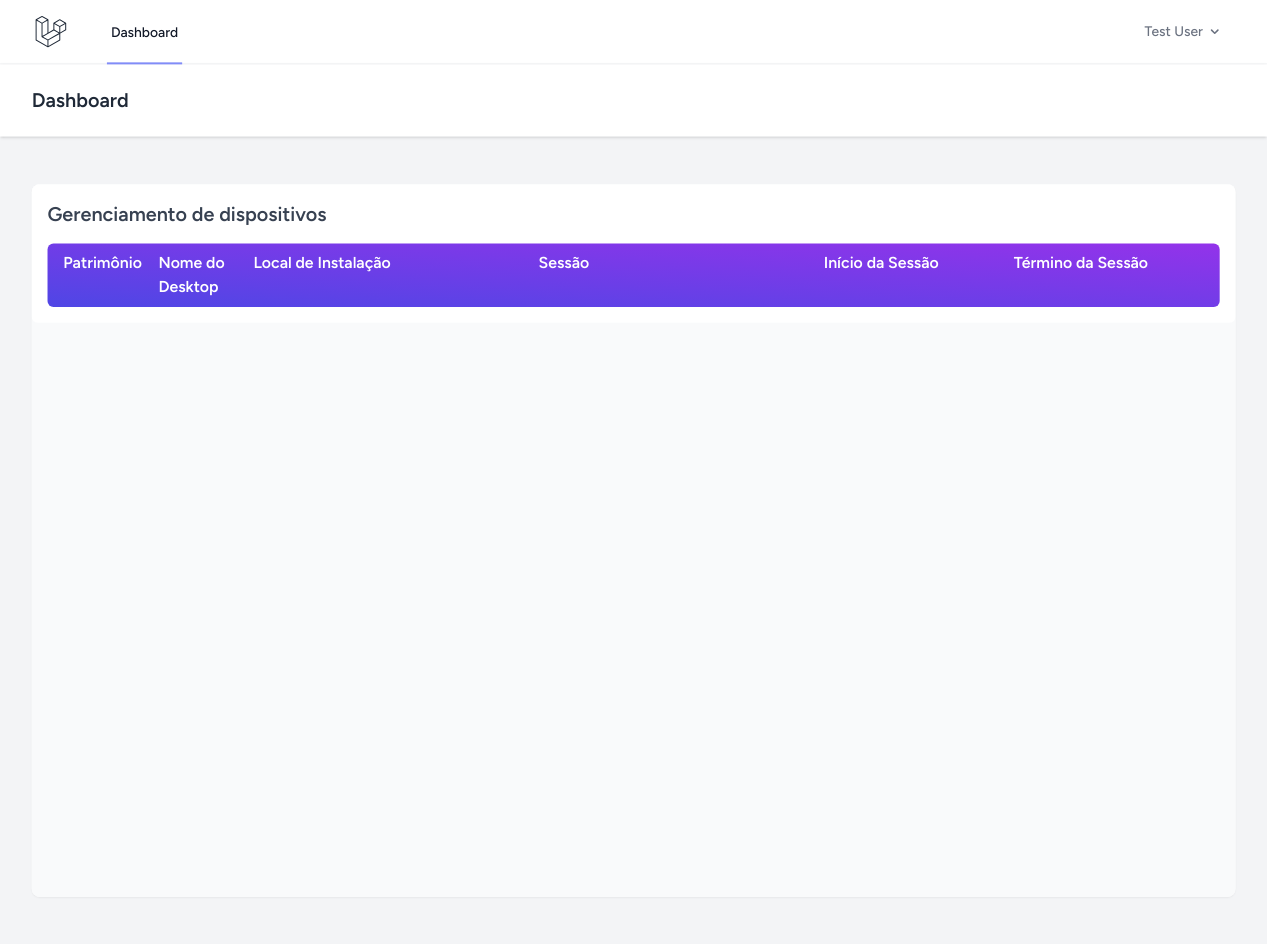
Repository: CrisMorgantee/device-logs
Page: http://localhost/dashboard
These files come from the project's save history. The page is drawn as it stood at one moment and after the next save; the edit follows.
The browser window is 1280 px wide. The pictures show the whole page, at 99% of full size.
The page is served by the project's Laravel application, run on PHP 8.4 with Laravel 10. A made-up administrator, Test User (test@example.com), is signed in. Other server files are loaded and not shown. Style sheets and scripts are compiled from the project's sources, by tool versions that may differ from the author's. Queries for data that is not in the repository find no rows.

Above is the page before, as saved 2023-04-14 22:58:02.

### routes/web.php
<?php

use App\Http\Controllers\ProfileController;
use App\Http\Controllers\DeviceLogsController;
use Illuminate\Support\Facades\Route;

/*
|--------------------------------------------------------------------------
| Web Routes
|--------------------------------------------------------------------------
|
| Here is where you can register web routes for your application. These
| routes are loaded by the RouteServiceProvider and all of them will
| be assigned to the "web" middleware group. Make something great!
|
*/

Route::get('/', function () {
    return view('auth.login');
});

Route::get('/dashboard', [DeviceLogsController::class, 'index'])->middleware(['auth', 'verified'])->name('dashboard');

Route::middleware('auth')->group(function () {
    Route::get('/profile', [ProfileController::class, 'edit'])->name('profile.edit');
    Route::patch('/profile', [ProfileController::class, 'update'])->name('profile.update');
    Route::delete('/profile', [ProfileController::class, 'destroy'])->name('profile.destroy');
});

require __DIR__.'/auth.php';

### app/Http/Controllers/DeviceLogsController.php
<?php

namespace App\Http\Controllers;

use App\Models\DeviceLogs;
use Illuminate\Http\Request;

class DeviceLogsController extends Controller
{
    /**
     * Display a listing of the resource.
     */
    public function index()
    {
        $logs = DeviceLogs::all();

        return view('dashboard', ['logs' => $logs]);
    }

    /**
     * Show the form for creating a new resource.
     */
    public function create()
    {
        //
    }

    /**
     * Store a newly created resource in storage.
     */
    public function store(Request $request)
    {
        //
    }

    /**
     * Display the specified resource.
     */
    public function show(DeviceLogs $deviceLogs)
    {
        //
    }

    /**
     * Show the form for editing the specified resource.
     */
    public function edit(DeviceLogs $deviceLogs)
    {
        //
    }

    /**
     * Update the specified resource in storage.
     */
    public function update(Request $request, DeviceLogs $deviceLogs)
    {
        //
    }

    /**
     * Remove the specified resource from storage.
     */
    public function destroy(DeviceLogs $deviceLogs)
    {
        //
    }
}

### app/Models/DeviceLogs.php
<?php

namespace App\Models;

use Illuminate\Database\Eloquent\Factories\HasFactory;
use Illuminate\Database\Eloquent\Model;

class DeviceLogs extends Model
{
    use HasFactory;

    public $fillable = [
        'machine_name',
        'session',
        'patrimony',
        'location'
    ];


    protected $dates = [
      'start_session_at',
      'end_session_at'
  ];

}

### resources/views/dashboard.blade.php
<x-app-layout>
  <x-slot name="header">
    <h2 class="text-xl font-semibold leading-tight text-gray-800">
      {{ __('Dashboard') }}
    </h2>
  </x-slot>

  <div class="py-12">
    <div class="mx-auto max-w-7xl sm:px-6 lg:px-8">
      <div class="overflow-hidden bg-white shadow-sm sm:rounded-lg">
        <div class="min-h-screen bg-gray-50">
          <div class="rounded-md bg-white p-4">
            <h2 class="mb-4 text-xl font-bold text-gray-700">Gerenciamento de dispositivos</h2>

            <div
              class="text-md grid grid-cols-12 rounded-md bg-gradient-to-tr from-indigo-600 to-purple-600 py-2 px-4 font-bold text-white">
              <div class="col-span-1">
                <span>Patrimônio</span>
              </div>
              <div class="col-span-1">
                <span>Nome do Desktop</span>
              </div>
              <div class="col-span-3">
                <span>Local de Instalação</span>
              </div>
              <div class="col-span-3">
                <span>Sessão</span>
              </div>
              <div class="col-span-2">
                <span>Início da Sessão</span>
              </div>
              <div class="col-span-2">
                <span>Término da Sessão</span>
              </div>
            </div>
            <div>
              @foreach ($logs as $deviceLog)
                <div class="mt-4 grid grid-cols-12 gap-4 border-t px-4 text-sm font-normal first:border-none">
                  <div class="col-span-1">
                    <span>{{ $deviceLog->patrimony }}</span>
                  </div>
                  <div class="col-span-2">
                    <span>{{ $deviceLog->machine_name }}</span>
                  </div>
                  <div class="col-span-4">
                    <span>{{ $deviceLog->location }}</span>
                  </div>
                  <div class="col-span-3">
                    <span>{{ $deviceLog->session }}</span>
                  </div>

                  <div class="col-span-1">
                    <span>{{ $deviceLog->start_session_at }}</span>
                  </div>
                  <div class="col-span-1">
                    <span>{{ $deviceLog->end_session_at }}</span>
                  </div>
                </div>
              @endforeach
            </div>
          </div>
        </div>
      </div>
    </div>

</x-app-layout>

Loaded but not shown: app/Providers/AppServiceProvider.php (common file); routes/auth.php (common file); app/Http/Controllers/Auth/EmailVerificationPromptController.php (common file); app/Http/Controllers/Controller.php (common file); app/Http/Controllers/Auth/VerifyEmailController.php (common file); app/Models/User.php (common file); app/View/Components/AppLayout.php (common file); resources/views/layouts/app.blade.php (common file); resources/views/layouts/navigation.blade.php (common file); resources/views/components/application-logo.blade.php (common file); resources/views/components/nav-link.blade.php (common file); resources/views/components/dropdown-link.blade.php (common file); resources/views/components/dropdown.blade.php (common file); resources/views/components/responsive-nav-link.blade.php (common file); resources/css/app.css (common file); tailwind.config.js (common file); resources/js/app.js (common file); resources/js/bootstrap.js (common file)

After the next save:
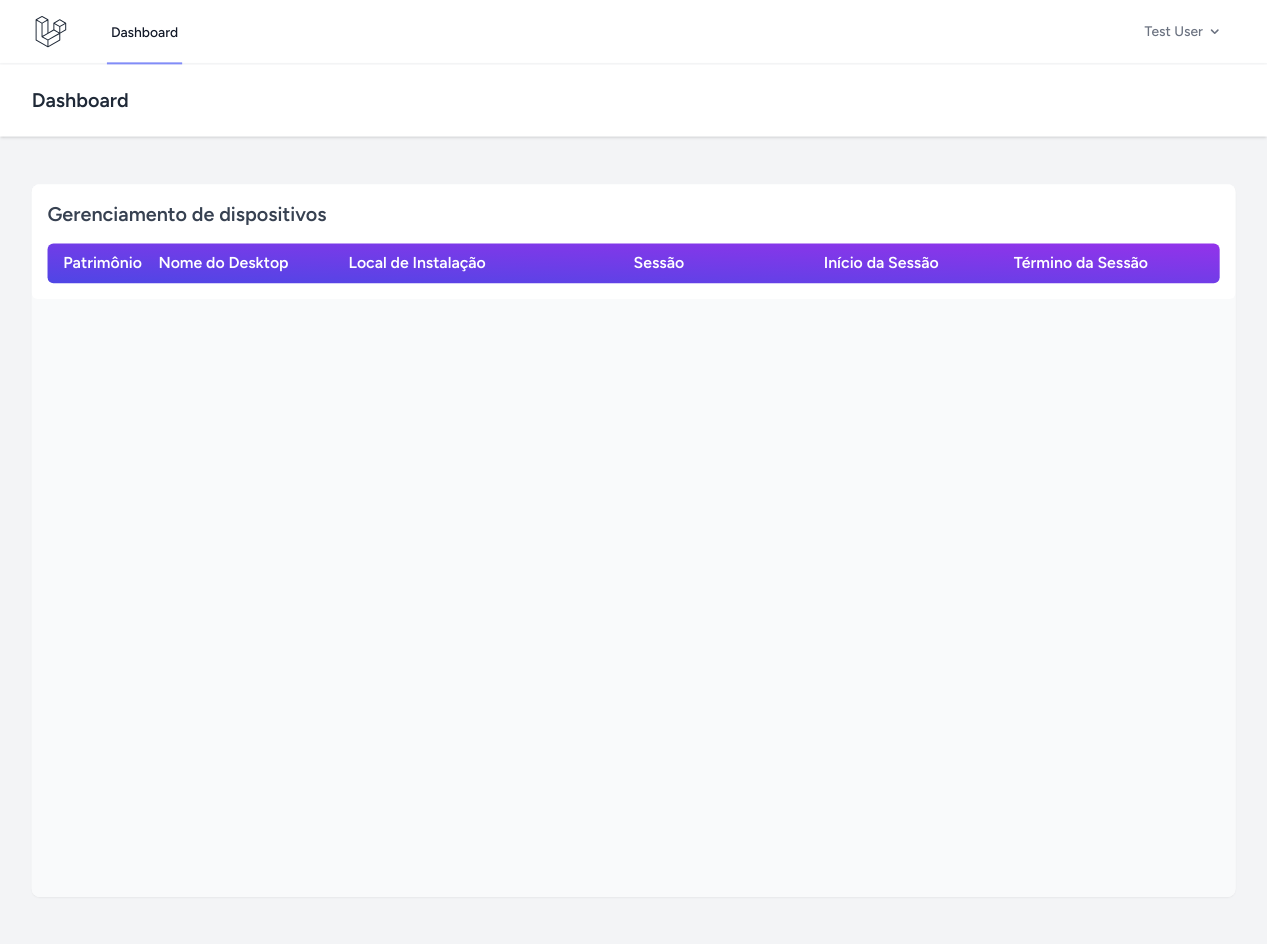
Saved 19 s later.
--- a/resources/views/dashboard.blade.php
+++ b/resources/views/dashboard.blade.php
@@ -17,13 +17,13 @@
               <div class="col-span-1">
                 <span>Patrimônio</span>
               </div>
-              <div class="col-span-1">
+              <div class="col-span-2">
                 <span>Nome do Desktop</span>
               </div>
               <div class="col-span-3">
                 <span>Local de Instalação</span>
               </div>
-              <div class="col-span-3">
+              <div class="col-span-2">
                 <span>Sessão</span>
               </div>
               <div class="col-span-2">
